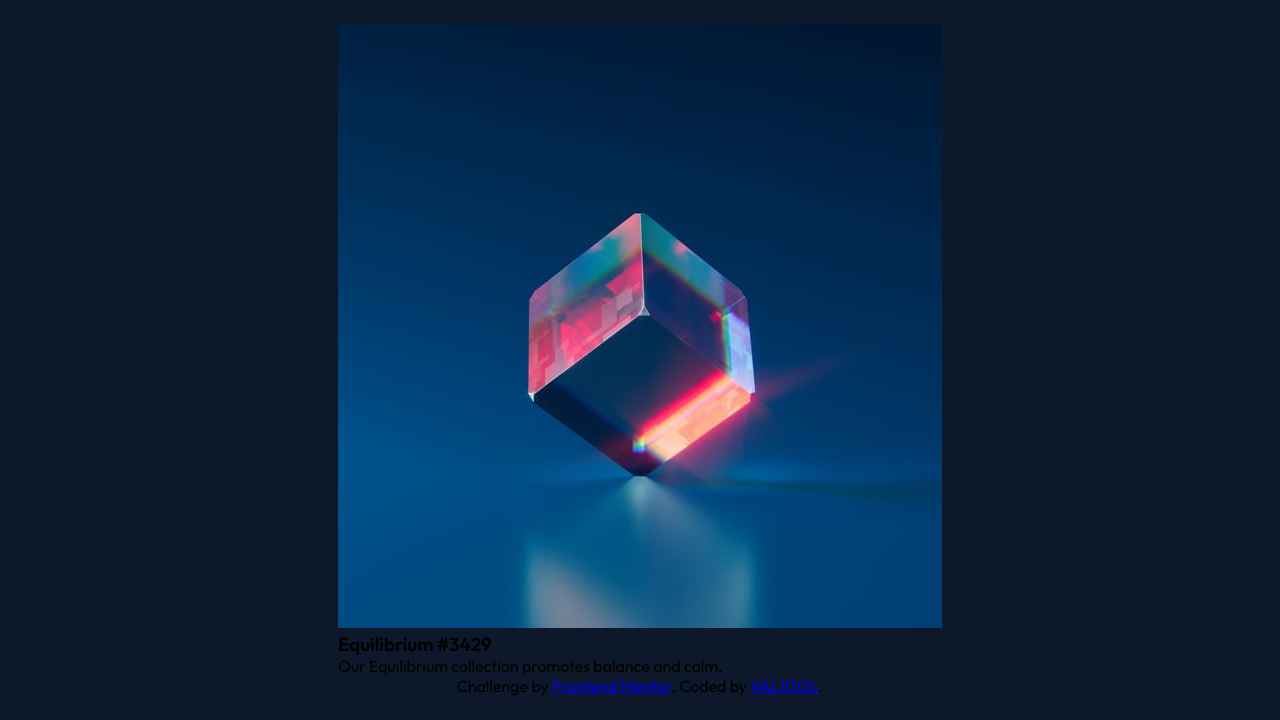
Repository: VAL1DOL-web/fm-NFT-preview-card-component
Page: index.html
An editor plug-in stored every save of this project. The page is shown before and after the next save, followed by the edit.
The browser window is 1280 px wide. The pictures show the whole page.

Above is the page before, as saved 2024-01-07 15:27:03.

### index.html
<!DOCTYPE html>
<html lang="en">
<head>
  <meta charset="UTF-8">
  <meta name="viewport" content="width=device-width, initial-scale=1.0"> <!-- displays site properly based on user's device -->

  <link rel="icon" type="image/png" sizes="32x32" href="./images/favicon-32x32.png">
  <link rel="stylesheet" href="style.css">

  <title>NFT preview card component</title>

</head>
<body>
  <div class="card">
    <div class="image">
      <img src="images/image-equilibrium.jpg" alt="ETH">
    </div>
    <h3>Equilibrium #3429</h3>
    <div class="description">
      Our Equilibrium collection promotes balance and calm.
    </div>
  </div>
  <div class="attribution">
    Challenge by <a href="https://www.frontendmentor.io?ref=challenge" target="_blank">Frontend Mentor</a>.
    Coded by <a href="https://github.com/VAL1DOL-web">VAL1DOL</a>.
  </div>
</body>
</html>

### style.css
@import url('https://fonts.googleapis.com/css2?family=Outfit:wght@300;400;600&display=swap');

* {
    font-family: 'Outfit', sans-serif;
    margin: 0;
    padding: 0;
    box-sizing: border-box;
  }

body {
    width: 100%;
    min-height: 100vh;
    display: flex;
    flex-direction: column;
    justify-content: center;
    align-items: center;
    background: hsl(217, 54%, 11%);
  }

After the next save:
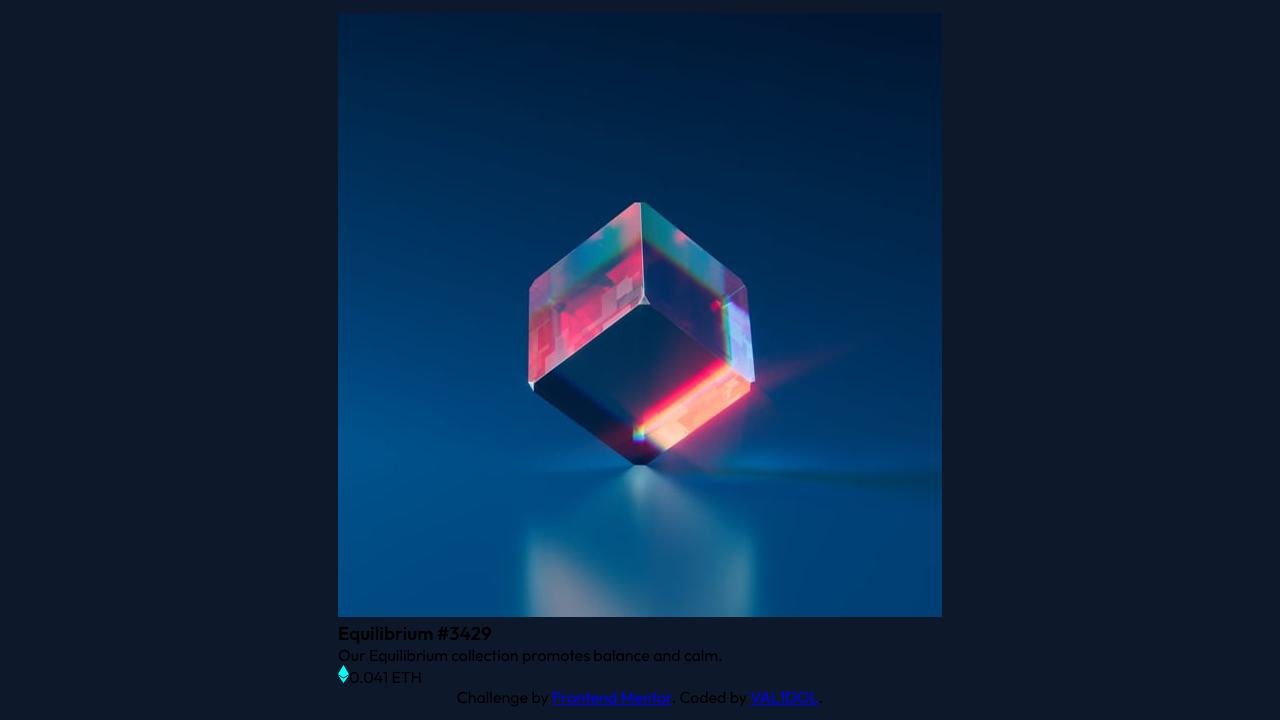
Saved 80 s later.
--- a/index.html
+++ b/index.html
@@ -19,6 +19,11 @@
     <div class="description">
       Our Equilibrium collection promotes balance and calm.
     </div>
+    <div class="price-days">
+      <div class="price">
+        <img src="images/icon-ethereum.svg" alt="">0.041 ETH
+      </div>
+    </div>
   </div>
   <div class="attribution">
     Challenge by <a href="https://www.frontendmentor.io?ref=challenge" target="_blank">Frontend Mentor</a>.
